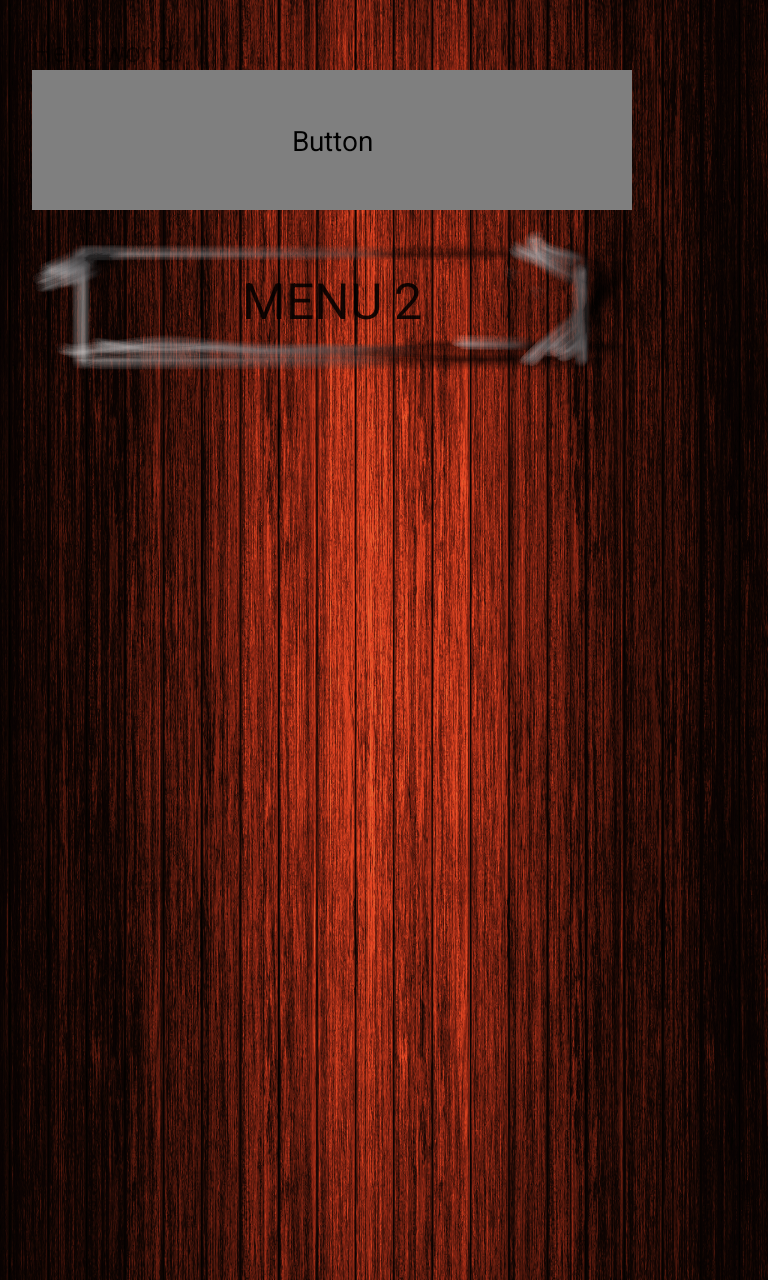
Repository: Hedlundaren/androidmenu
Layout: startmenu/res/layout/activity_main.xml
The author's editor kept a copy of each file at every save. The layout is drawn from the files as they stood at one save, then again after a run of saves.
Pictures or frames that could not be fetched are drawn as grey boxes. It is drawn on a 768 x 1280 px phone screen (xhdpi) without system bars, with theme AppTheme; the app's code is not run.

Above is the layout before, as saved 2014-11-05 19:53:24.

### startmenu/res/layout/activity_main.xml
<RelativeLayout xmlns:android="http://schemas.android.com/apk/res/android"
    xmlns:tools="http://schemas.android.com/tools"
    android:layout_width="match_parent"
    android:layout_height="match_parent"
    android:background="@drawable/redwall"
    android:paddingBottom="@dimen/activity_vertical_margin"
    android:paddingLeft="@dimen/activity_horizontal_margin"
    android:paddingRight="@dimen/activity_horizontal_margin"
    android:paddingTop="@dimen/activity_vertical_margin"
    tools:context="com.example.startmenu.MainActivity" >

    <TextView
        android:id="@+id/textView1"
        android:layout_width="wrap_content"
        android:layout_height="wrap_content"
        android:text="@string/hello_world" />

    <Button
        android:id="@+id/menu1"
        android:layout_width="300dp"
        android:layout_height="70dp"
        android:layout_alignLeft="@+id/textView1"
        android:layout_below="@+id/textView1"
        android:background="@drawable/button"
        android:text="MENU 1"
        android:textSize="25dp"
        android:textColor="white"
        android:typeface="sans" />

    <Button
        android:id="@+id/menu2"
        android:layout_width="wrap_content"
        android:layout_height="70dp"
        android:layout_alignLeft="@+id/textView1"
        android:layout_alignRight="@+id/menu1"
        android:layout_below="@+id/textView1"
        android:layout_marginTop="80dp"
        android:background="@drawable/button"
        android:text="MENU 2"
        android:textSize="25dp"
        android:typeface="sans" />

</RelativeLayout>

### startmenu/res/values/strings.xml
<?xml version="1.0" encoding="utf-8"?>
<resources>

    <string name="app_name">startmenu</string>
    <string name="hello_world">Hello world!</string>
    <string name="action_settings">Settings</string>

</resources>

Loaded but not shown: startmenu/res/values/styles.xml (common file); startmenu/res/values-v11/styles.xml (common file); startmenu/res/values-v14/styles.xml (common file); startmenu/res/values/dimens.xml (common file); startmenu/res/values-w820dp/dimens.xml (common file)

After the next 2 saves:
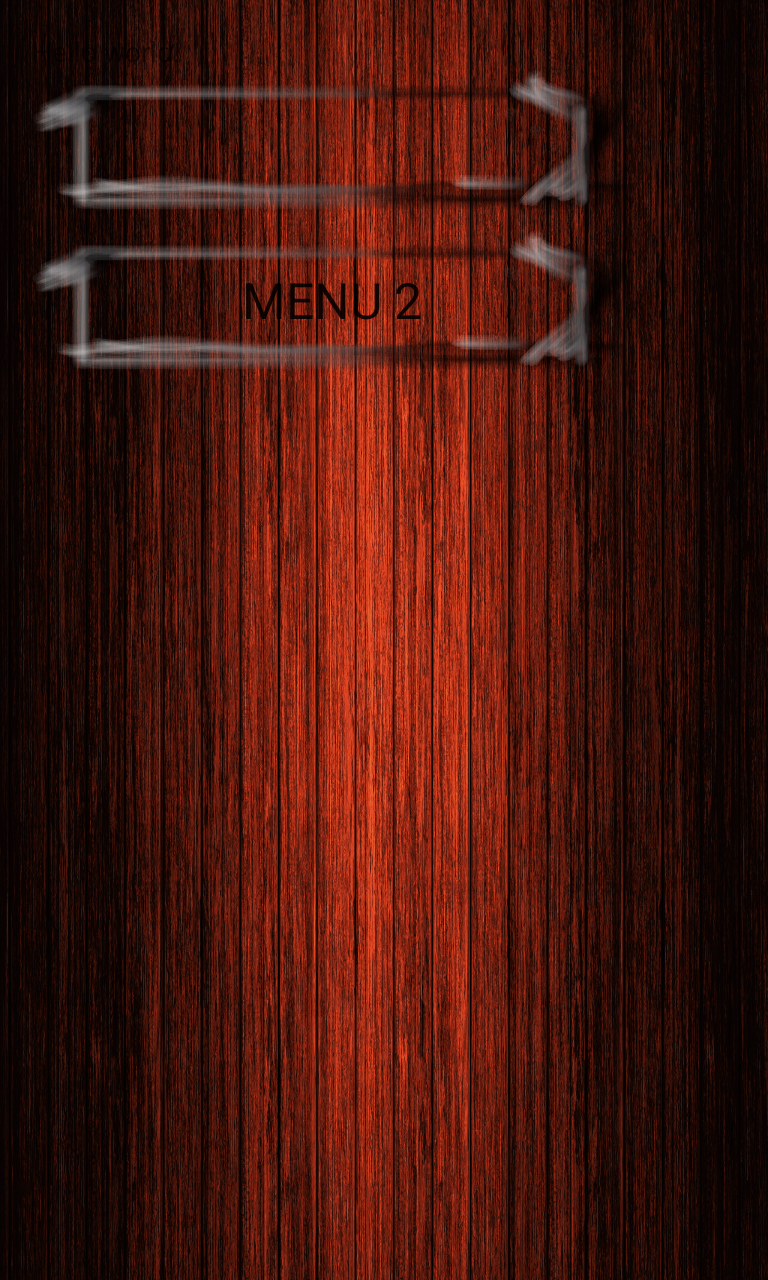
The 2 saves are shown as one change because they came seconds apart.
The last was saved 13 s later.
--- a/startmenu/res/layout/activity_main.xml
+++ b/startmenu/res/layout/activity_main.xml
@@ -24,7 +24,7 @@
         android:background="@drawable/button"
         android:text="MENU 1"
         android:textSize="25dp"
-        android:textColor="white"
+        android:textColor="#1565"
         android:typeface="sans" />
 
     <Button
